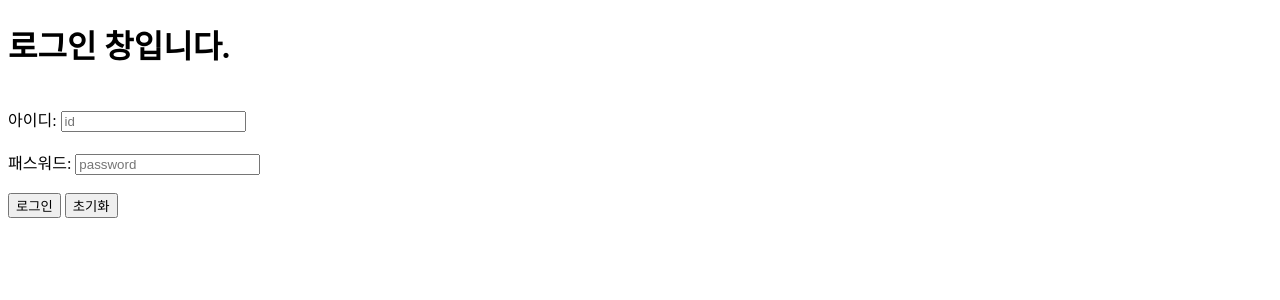
Repository: djdh94/jsp_practice
Page: http://localhost/JSPBasic/jspObject/1.requests/req_login_form.jsp
The author's editor kept a copy of each file at every save. The page is drawn from the files as they stood at one save, then again after the next save.
The browser window is 1280 px wide. The pictures show the whole page.
The page is served by Tomcat 9.

Above is the page before, as saved 2022-02-04 01:28:59.

After the next save:
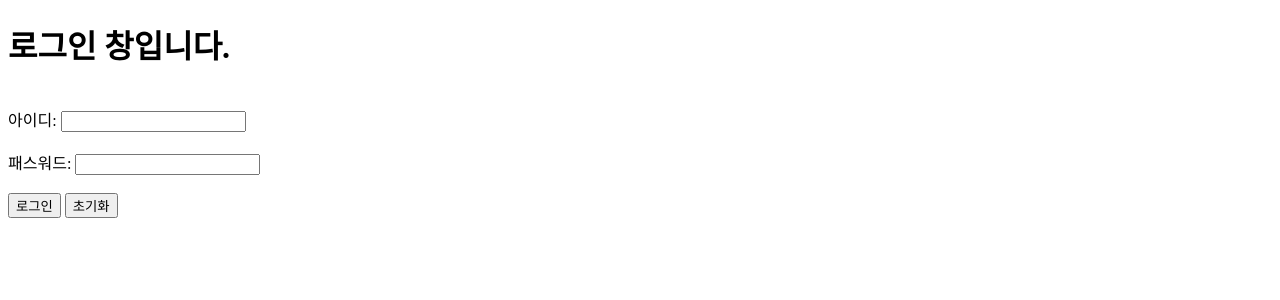
Saved 22 s later.
--- a/JSPBasic/src/main/webapp/jspObject/1.requests/req_login_form.jsp
+++ b/JSPBasic/src/main/webapp/jspObject/1.requests/req_login_form.jsp
@@ -9,8 +9,8 @@
 <body>
 	<form action="req_login_result.jsp" method="post">
 	<h1>로그인 창입니다.</h1><br/>
-	아이디: <input type="text" name="id" placeholder="id"><br/><br/>
-	패스워드: <input type="password" name="password" placeholder="password"><br/><br/>
+	아이디: <input type="text" name="id" ><br/><br/>
+	패스워드: <input type="password" name="password" ><br/><br/>
 	<input type="submit" value="로그인">
 	<input type="reset" value="초기화"/>
 	</form>
